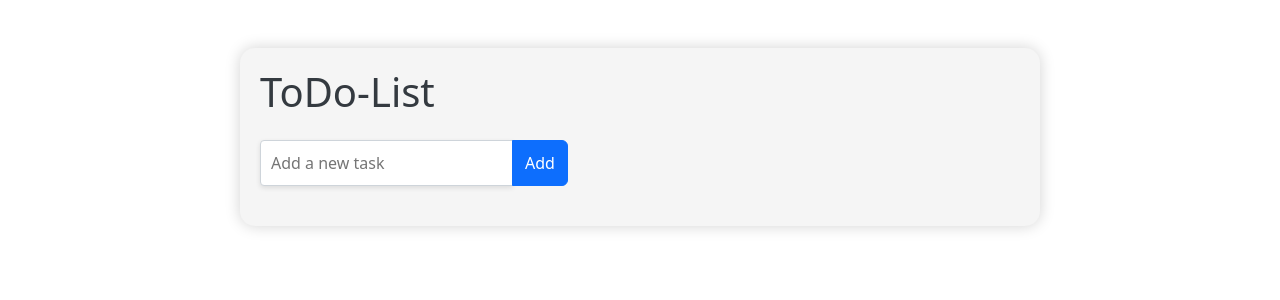
Repository: AkshatKapo/Todolist-React-app
Page: /
An editor plug-in stored every save of this project. The page is shown before and after the next save, followed by the edit.
The browser window is 1280 px wide. The pictures show the whole page.
The project was rebuilt for these pictures with package versions that can differ from the ones it lists, and the page was loaded fresh each time. Also part of the build but not shown: vite.config.js, src/App.css, src/index.css.

Above is the page before, as saved 2024-06-20 15:47:06.

After the next save:
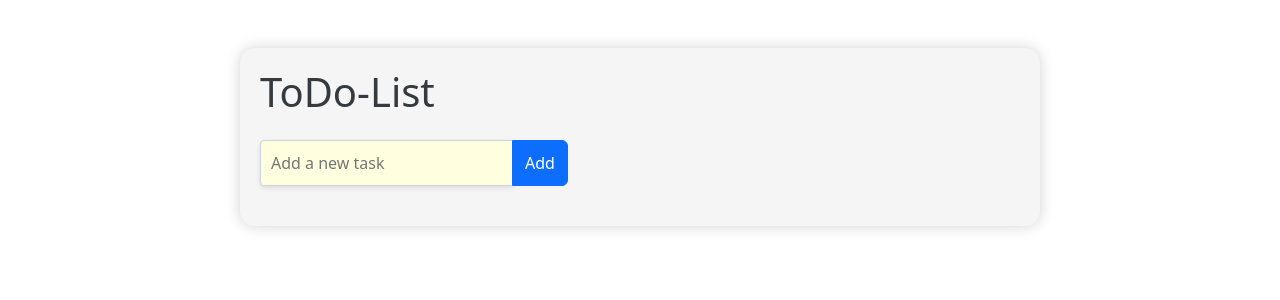
Saved 17 s later.
--- a/src/TodoList.css
+++ b/src/TodoList.css
@@ -19,7 +19,7 @@
   }
   /* Add this to your TodoList.css file */
 .input-field {
-    background-color: ; /* Change this to your desired color */
+    background-color: lightyellow; /* Change this to your desired color */
     border: 1px solid #ced4da;
     padding: 10px;
     border-radius: 4px;
